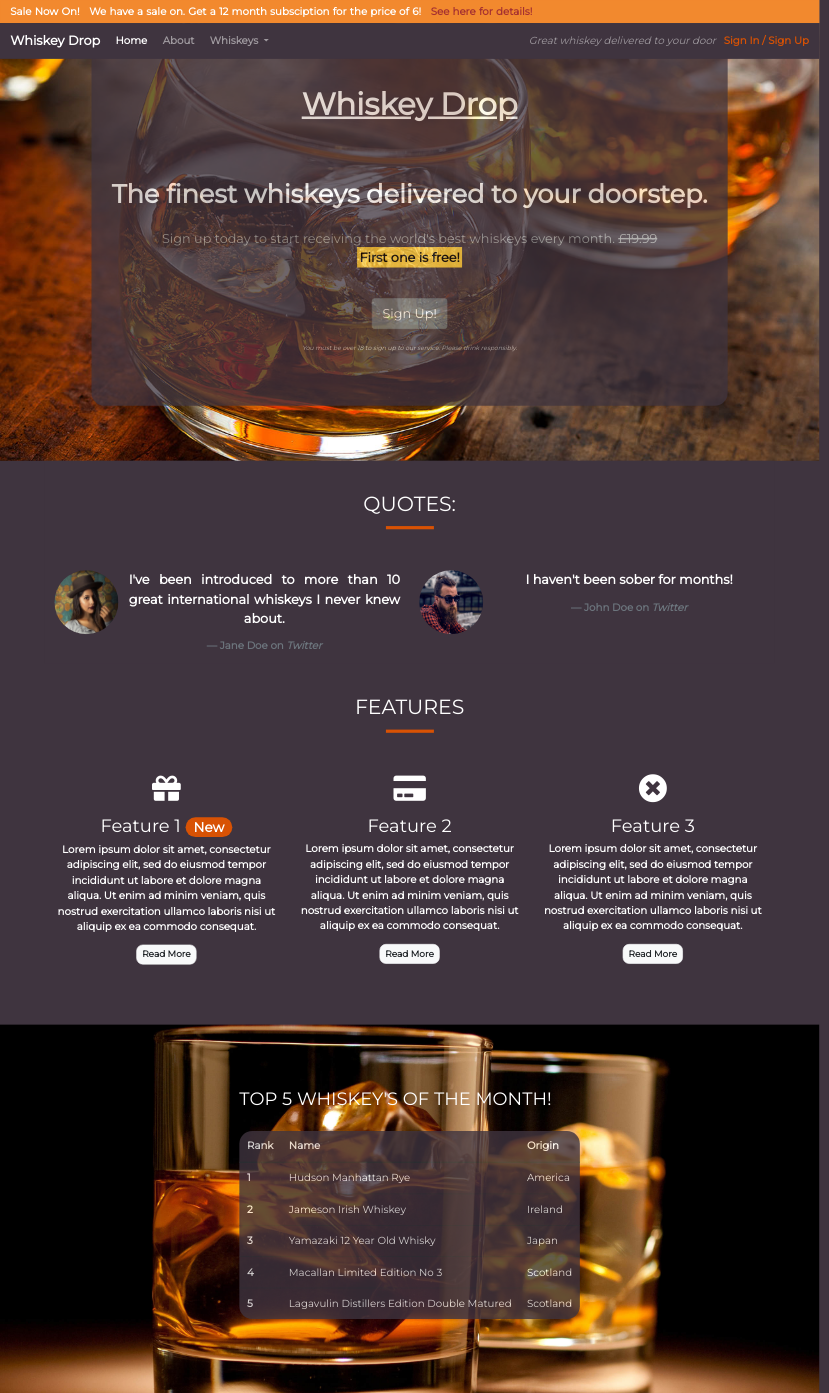
Repository: ClaireRoberts1403/Whiskey-Drop
Page: index.html
The author's editor kept a record of every edit. The page is drawn from the files as they stood at one moment, then again after the next edit.
The browser window is 1280 px wide. The page is 1295 px wide, so the pictures cover 1295 px, including what lies to the right of the window. The pictures show the whole page, at 64% of full size.
Backgrounds fixed to the window are drawn as part of the page. Some web libraries are served in a nearby version.

Above is the page before.

After the next edit:
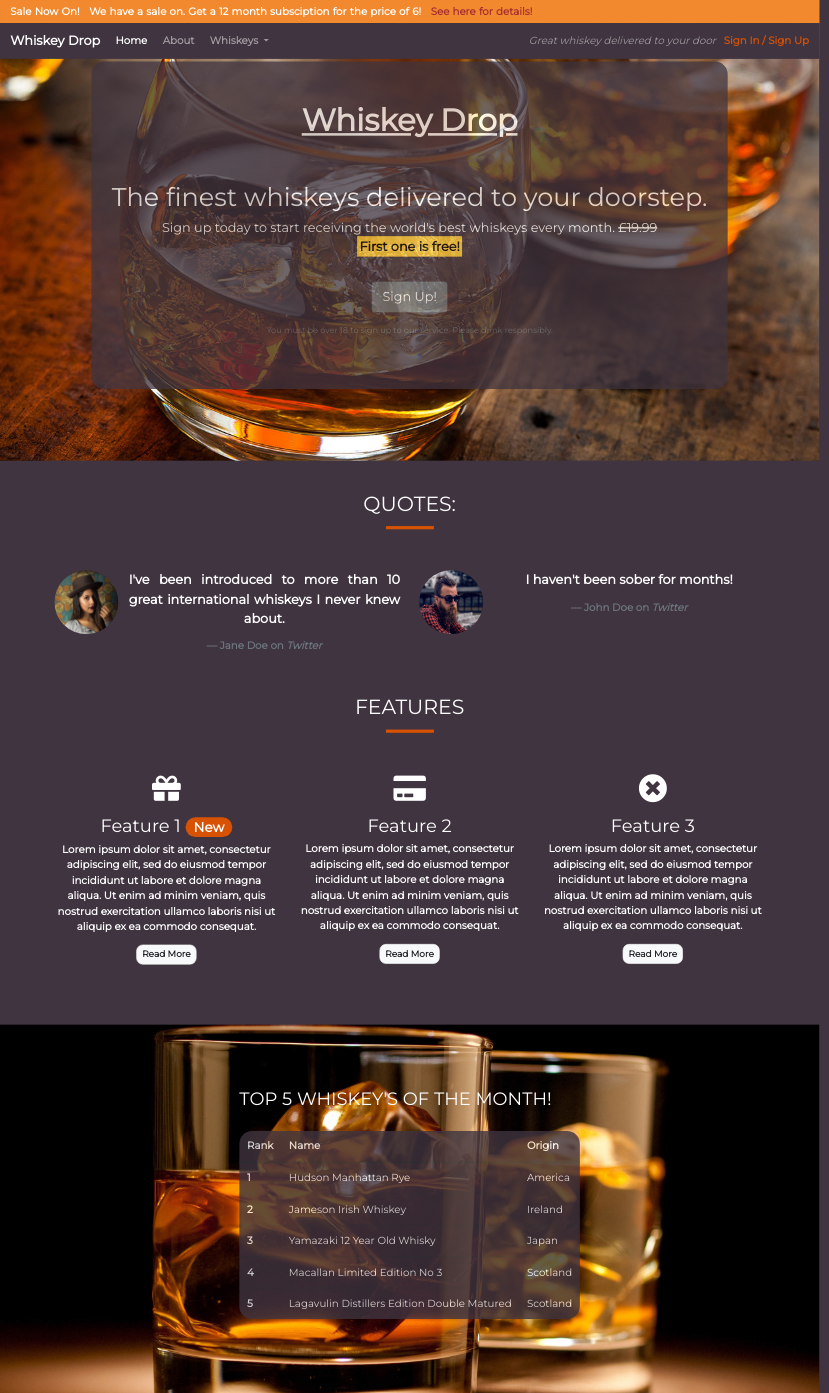
The edit:
--- a/CSS/style.css
+++ b/CSS/style.css
@@ -250,31 +250,3 @@
 
 }
 ==============================================================================
-
-
-
-
- Jumbotron
-
-.jumbotron {
-    background-color: transparent;
-}
-
-.jumbotron h1 {
-    color: white;
-    font-weight: bold;
-    margin-bottom: 30px;
-    color: white;
-}
-
-.jumbotron .lead {
-    color: #a7a7a7;
-    margin: 25px 0;
-}
-
-.jumbotron small {
-    font-size: 60%;
-    font-style: italic;
-    color: #d0d0d0;
-}
-*/
